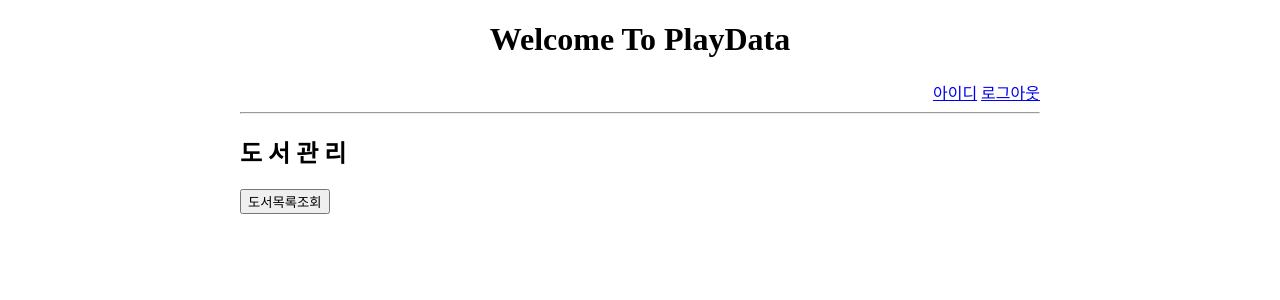
Repository: qkqwof/TIL_code
Page: http://localhost/sp14_Restful_BookTest/bookmgr.jsp
The author's editor kept a copy of each file at every save. The page is drawn from the files as they stood at one save, then again after the next save.
The browser window is 1280 px wide. The pictures show the whole page.
Some web libraries are served in a nearby version. The page is served by Tomcat 9. Nobody is signed in. The application's start-up code is not run.

Above is the page before, as saved 2021-07-06 03:10:57.

After the next save:
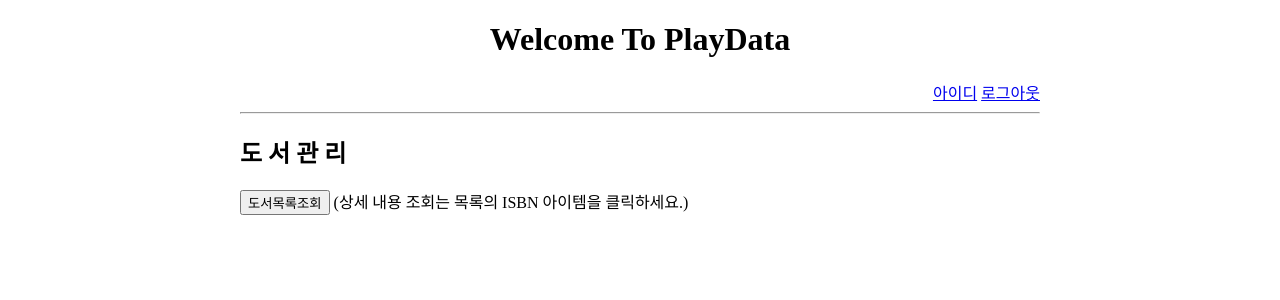
Saved 56 s later.
--- a/SpringMVCProject/sp14_Restful_BookTest/src/main/webapp/bookmgr.jsp
+++ b/SpringMVCProject/sp14_Restful_BookTest/src/main/webapp/bookmgr.jsp
@@ -157,7 +157,7 @@
 	</div>
 	<hr>
 	<h2>도 서 관 리</h2>
-	<input type="button" value="도서목록조회" id="allBooks">
+	<input type="button" value="도서목록조회" id="allBooks"> (상세 내용 조회는 목록의 ISBN 아이템을 클릭하세요.)
 	<div id="book-list"></div>
 	<br>
 	<div id="book-info"></div>
